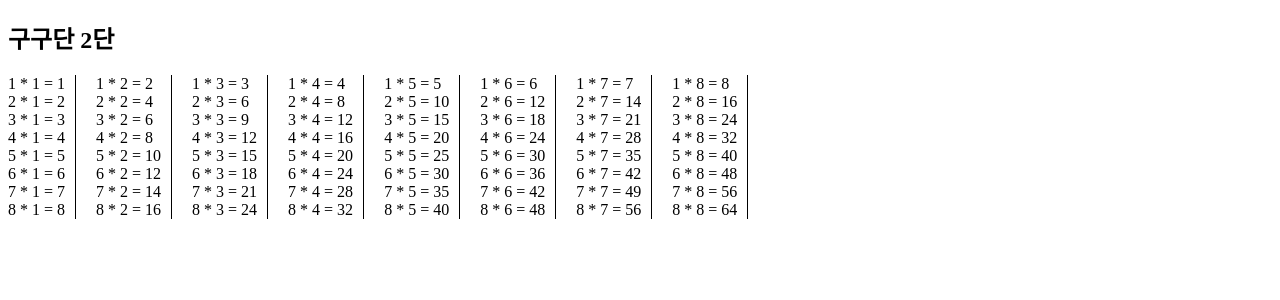
Repository: poiup/jsp_practice
Page: http://localhost/20210128/jspTag/Scriptlet.jsp
These files come from the project's save history. The page is drawn as it stood at one moment and after the next save; the edit follows.
The browser window is 1280 px wide. The pictures show the whole page.
The page is served by Tomcat 9.

Above is the page before, as saved 2022-01-28 02:51:27.

### 20210128/src/main/webapp/jspTag/Scriptlet.jsp
<%@ page language="java" contentType="text/html; charset=UTF-8"
    pageEncoding="UTF-8"%>
<!DOCTYPE html>
<html>
<head>
<meta charset="UTF-8">
<title>Insert title here</title>
</head>
<body>
	<!-- 하단에 구구닫ㄴ 코드를 작성해주세요
	System.out.println() 이 괄호내 구문에 콘솔이 찍히게 해줫다면
	out.println()은 html화면에 괄호 내 구문을 콘솔에 찍히게 해줍니다.
	(javascript의 document.write()와 같은역활 -->
	<h2>구구단 2단</h2>
	<% for(int i = 1; i< 9; i++){
	%><div style = "float : left; margin-right : 20px; border-right: solid 1px #000; padding-right: 10px"><%
		for(int j = 1; j< 9; j++){
		out.println(j + " * " + i + " = " + j*i);
	%></br><%
		}
	%></div><%
	}%>
</body>
</html>

After the next save:
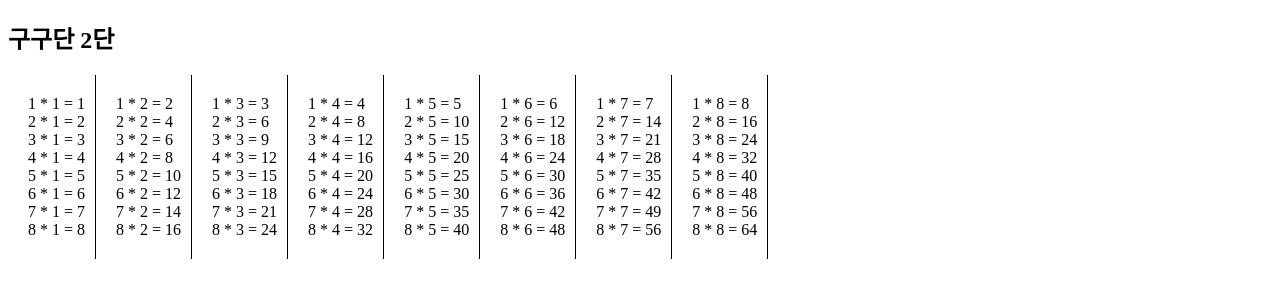
Saved 14 s later.
--- a/20210128/src/main/webapp/jspTag/Scriptlet.jsp
+++ b/20210128/src/main/webapp/jspTag/Scriptlet.jsp
@@ -13,7 +13,7 @@
 	(javascript의 document.write()와 같은역활 -->
 	<h2>구구단 2단</h2>
 	<% for(int i = 1; i< 9; i++){
-	%><div style = "float : left; margin-right : 20px; border-right: solid 1px #000; padding-right: 10px"><%
+	%><div style = "float : left; padding : 20px; border-right: solid 1px #000; padding-right: 10px"><%
 		for(int j = 1; j< 9; j++){
 		out.println(j + " * " + i + " = " + j*i);
 	%></br><%
